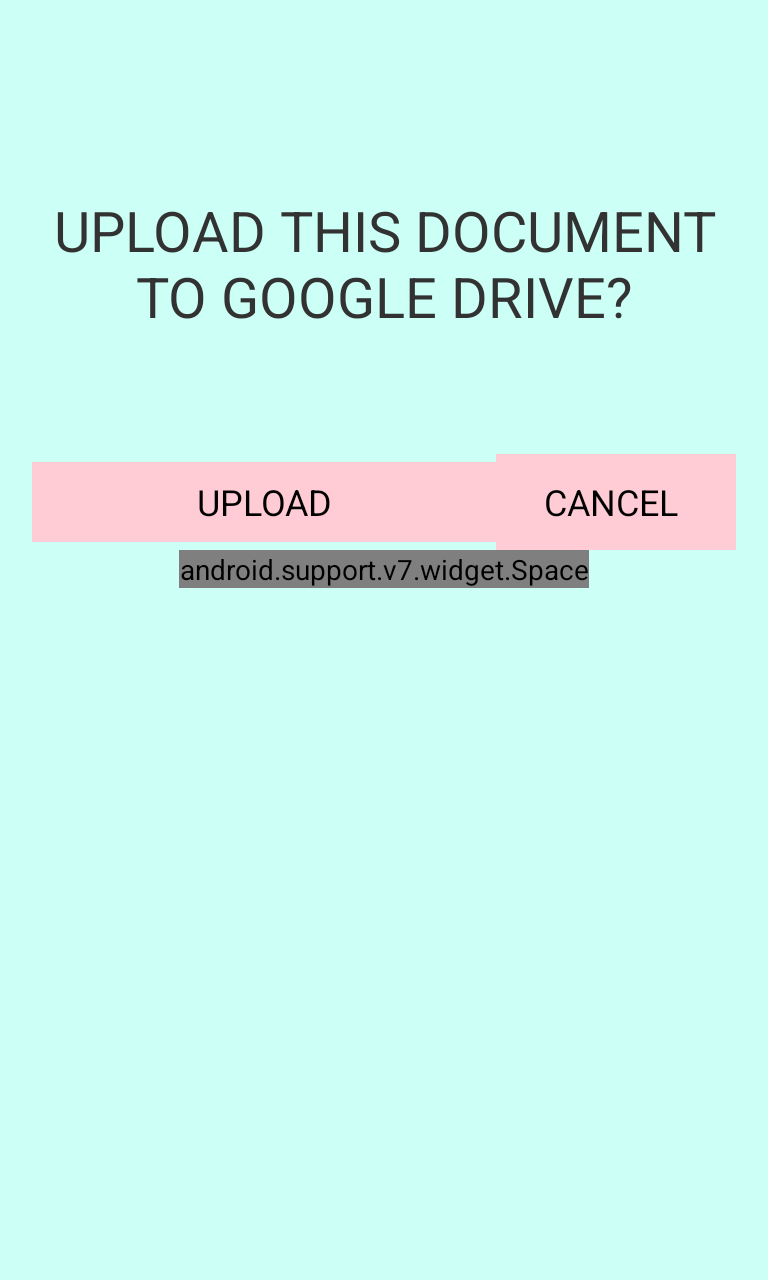
Repository: nick11roberts/Moka-Scanr
Layout: Document Uploader/res/layout/activity_preview.xml
The author's editor kept a copy of each file at every save. The layout is drawn from the files as they stood at one save, then again after the next save.
Pictures or frames that could not be fetched are drawn as grey boxes. It is drawn on a 768 x 1280 px phone screen (xhdpi) without system bars, with theme android:Theme.Holo.Light.NoActionBar; the app's code is not run. The app's manifest (not shown) leaves right-to-left support off. So textAlignment, textDirection and layoutDirection are ignored, and left and right values win over start and end ones.

Above is the layout before, as saved 2014-05-31 00:51:37.

### Document Uploader/res/layout/activity_preview.xml
<LinearLayout xmlns:android="http://schemas.android.com/apk/res/android"
    xmlns:tools="http://schemas.android.com/tools"
    android:layout_width="match_parent"
    android:layout_height="match_parent"
    android:background="@color/bg_color"
    android:baselineAligned="true"
    android:gravity="center_horizontal"
    android:orientation="vertical"
    android:paddingBottom="@dimen/activity_vertical_margin"
    android:paddingLeft="@dimen/activity_horizontal_margin"
    android:paddingRight="@dimen/activity_horizontal_margin"
    android:paddingTop="@dimen/activity_vertical_margin"
    tools:context=".MainActivity" >

    <TextView
        android:layout_width="wrap_content"
        android:layout_height="wrap_content"
        android:paddingBottom="60dp"
        android:paddingTop="80dp"
        android:text="@string/preview_heading"
        android:textAlignment="center"
        android:gravity="center"
        android:textAllCaps="true"
        android:textSize="28sp" />

    <TableRow
        android:id="@+id/tableRow1"
        android:layout_width="fill_parent"
        android:layout_height="wrap_content"
        android:shrinkColumns="*"
		android:stretchColumns="*"  >

        <Button
            android:id="@+id/uploadButton"
            android:layout_width="120dp"
            android:layout_height="40dp"
            android:background="@color/button_color"
            android:gravity="center_vertical|center_horizontal"
            android:paddingLeft="5dp"
            android:paddingRight="5dp"
            android:text="@string/preview_button_upload"
            android:textAlignment="center"
            android:layout_weight=".25" />

        <Button
            android:id="@+id/cancelButton"
            android:layout_width="120dp"

            android:background="@color/button_color"
            android:paddingRight="5dp"
            android:text="@string/preview_button_cancel"
            android:textAlignment="center"
            android:marginRight="10dp"/>

    </TableRow>

    <android.support.v7.widget.Space
        android:id="@+id/space1"
        android:layout_width="wrap_content"
        android:layout_height="wrap_content" />

</LinearLayout>

### Document Uploader/res/values/colors.xml
<?xml version="1.0" encoding="utf-8"?>
<resources>
   <color name="button_color">#FFCCD5</color>
   <color name="bg_color">#CCFFF6</color>
   <color name="border_color">#000000</color>
</resources>

### Document Uploader/res/values/strings.xml
<?xml version="1.0" encoding="utf-8"?>
<resources>

    <string name="app_name">PDF-Drive</string>
    <string name="action_settings">Settings</string>

    <!-- MAIN ACTIVITY -->
    <string name="main_heading">Upload a new PDF?</string>
    <string name="main_button_upload">BEGIN</string>

    <!-- OPTIONS ACTIVITY -->
    <string name="options_heading">Upload options</string>
    <string name="options_pages">Number of pages?</string>
    <string name="options_title">Title?</string>
    <string name="options_folder">Folder? (optional)</string>
    <string name="options_button_go">CONTINUE</string>

    <!-- PREVIEW ACTIVITY -->
    <string name="preview_heading">Upload this document to Google Drive?</string>
    <string name="preview_button_upload">UPLOAD</string>
    <string name="preview_button_cancel">CANCEL</string>

</resources>

Loaded but not shown: Document Uploader/res/values/dimens.xml (common file); Document Uploader/res/values-w820dp/dimens.xml (common file)

After the next save:
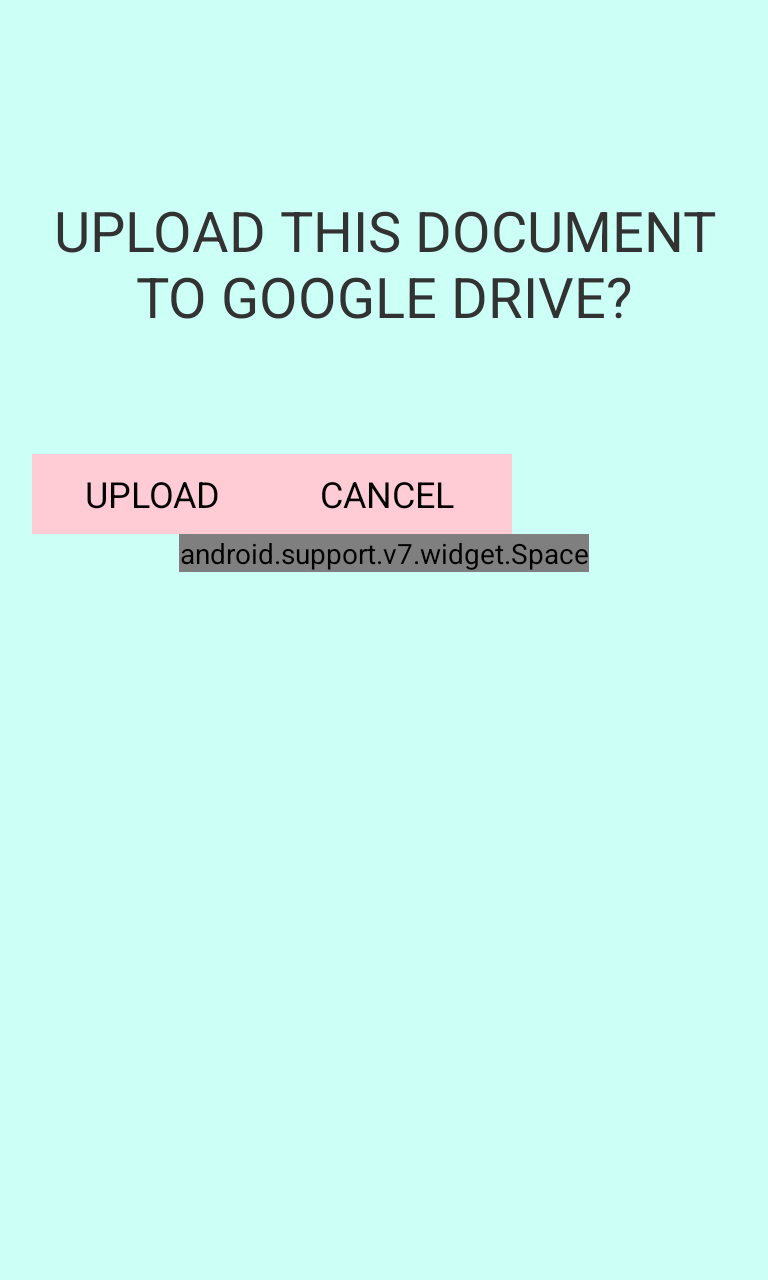
Saved 26 s later.
--- a/Document Uploader/res/layout/activity_preview.xml
+++ b/Document Uploader/res/layout/activity_preview.xml
@@ -40,11 +40,12 @@
             android:paddingRight="5dp"
             android:text="@string/preview_button_upload"
             android:textAlignment="center"
-            android:layout_weight=".25" />
+             />
 
         <Button
             android:id="@+id/cancelButton"
             android:layout_width="120dp"
+            android:layout_height="40dp"
 
             android:background="@color/button_color"
             android:paddingRight="5dp"
